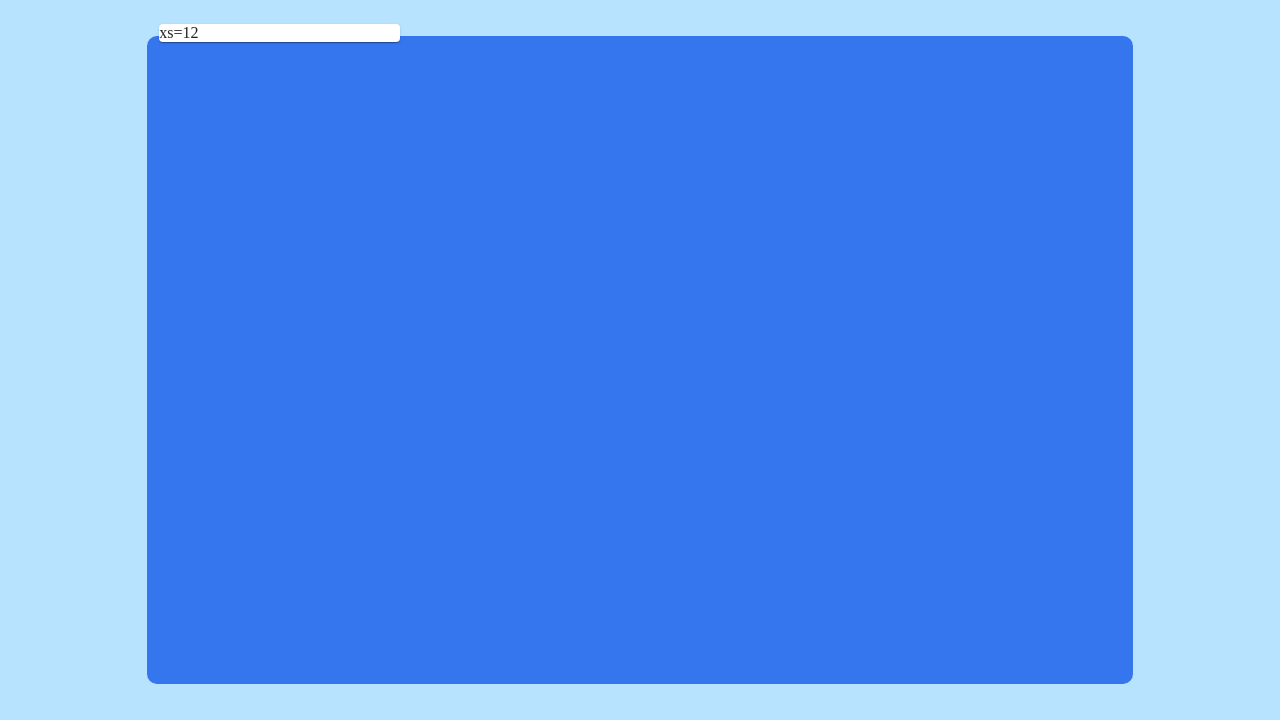
Repository: arafat877/super-chat
Page: /
The author's editor kept a copy of each file at every save. The page is drawn from the files as they stood at one save, then again after the next save.
The browser window is 1280 px wide. The pictures show the whole page.
The project was rebuilt for these pictures with package versions that can differ from the ones it lists, and the page was loaded fresh each time. Also part of the build but not shown: src/App.scss.

Above is the page before, as saved 2020-08-05 14:01:36.

After the next save:
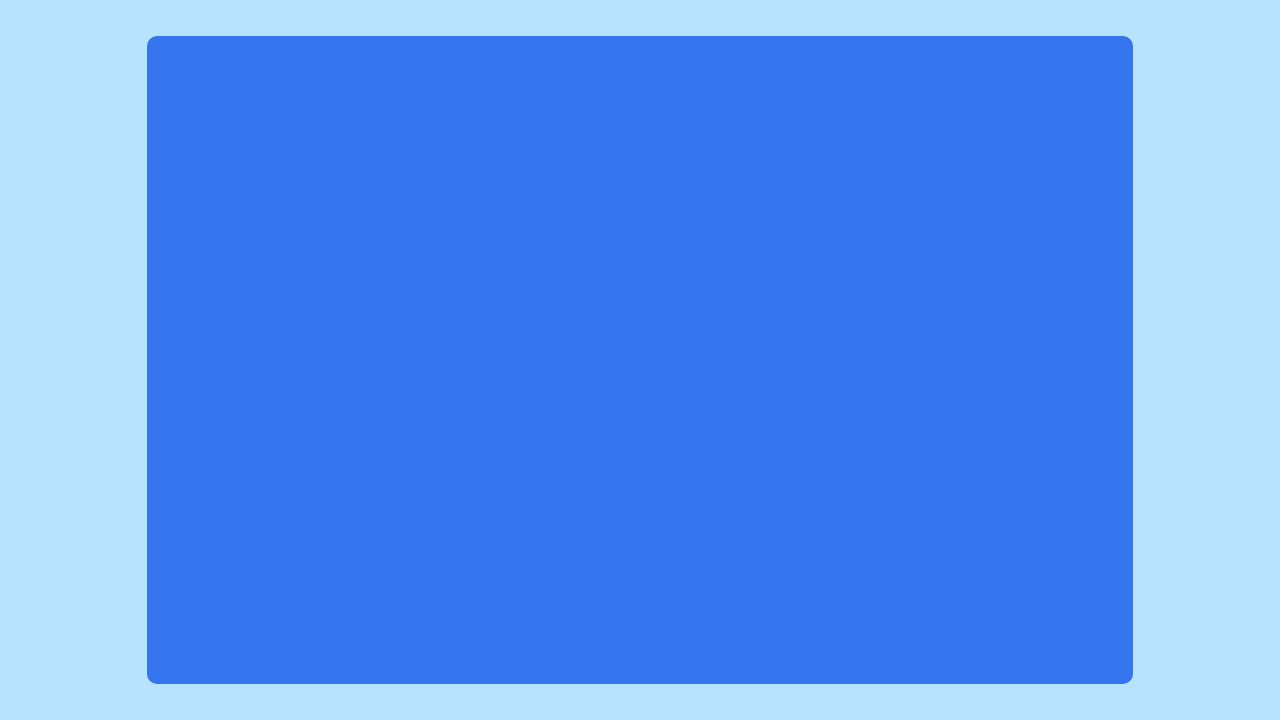
Saved 36 s later.
--- a/src/App.js
+++ b/src/App.js
@@ -31,13 +31,9 @@ function App() {
 
   return (
     <Container className={classes.container}>
-      <Container className={classes.innerContainer}>
-        <Grid container spacing={3}>
-        <Grid  xs={3}>
-          <Paper className={classes.paper}>xs=12</Paper>
-        </Grid>
-        </Grid>
-      </Container>
+      <Grid container containerer className={classes.innerContainer}>
+
+      </Grid>
     </Container>
   );
 }
